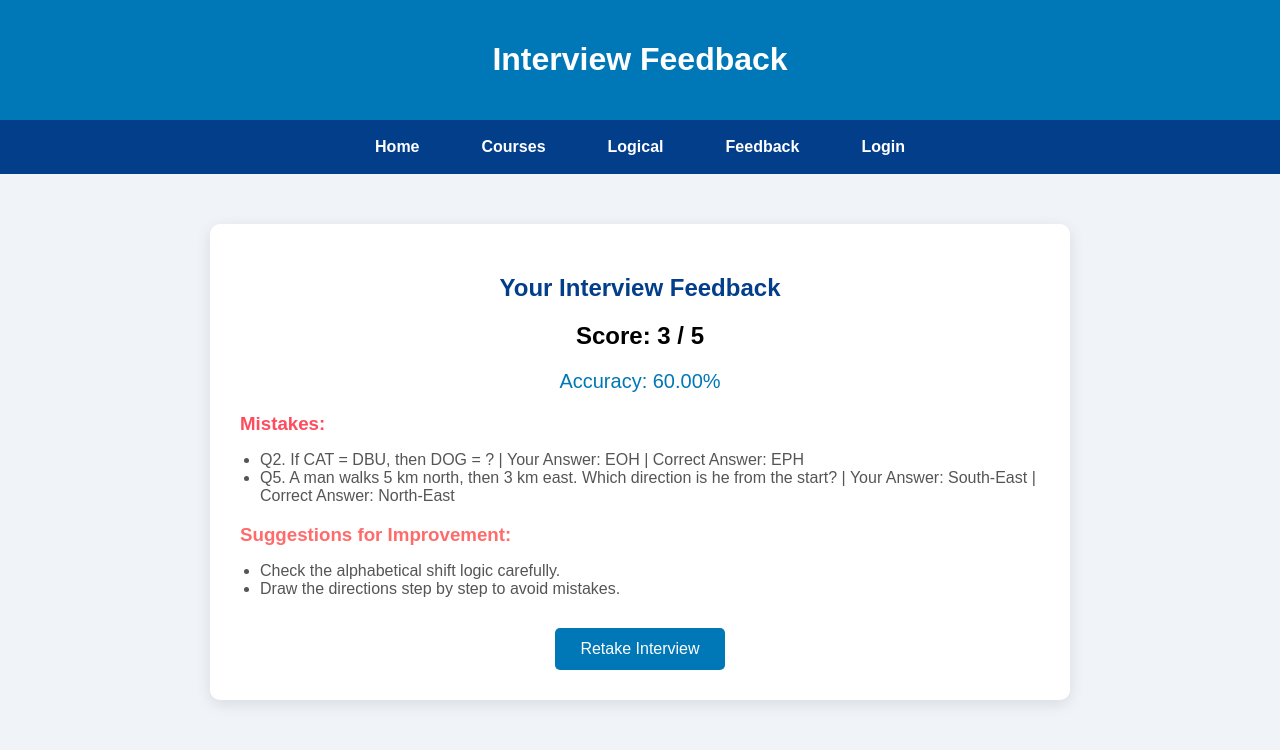
Repository: Mathin04/Online-Interview-Platform-
Page: urls/feedback.html
These files come from the project's save history. The page is drawn as it stood at one moment and after the next save; the edit follows.
The browser window is 1280 px wide. The pictures show the whole page.

Above is the page before, as saved 2025-10-08 14:03:54.

After the next save:
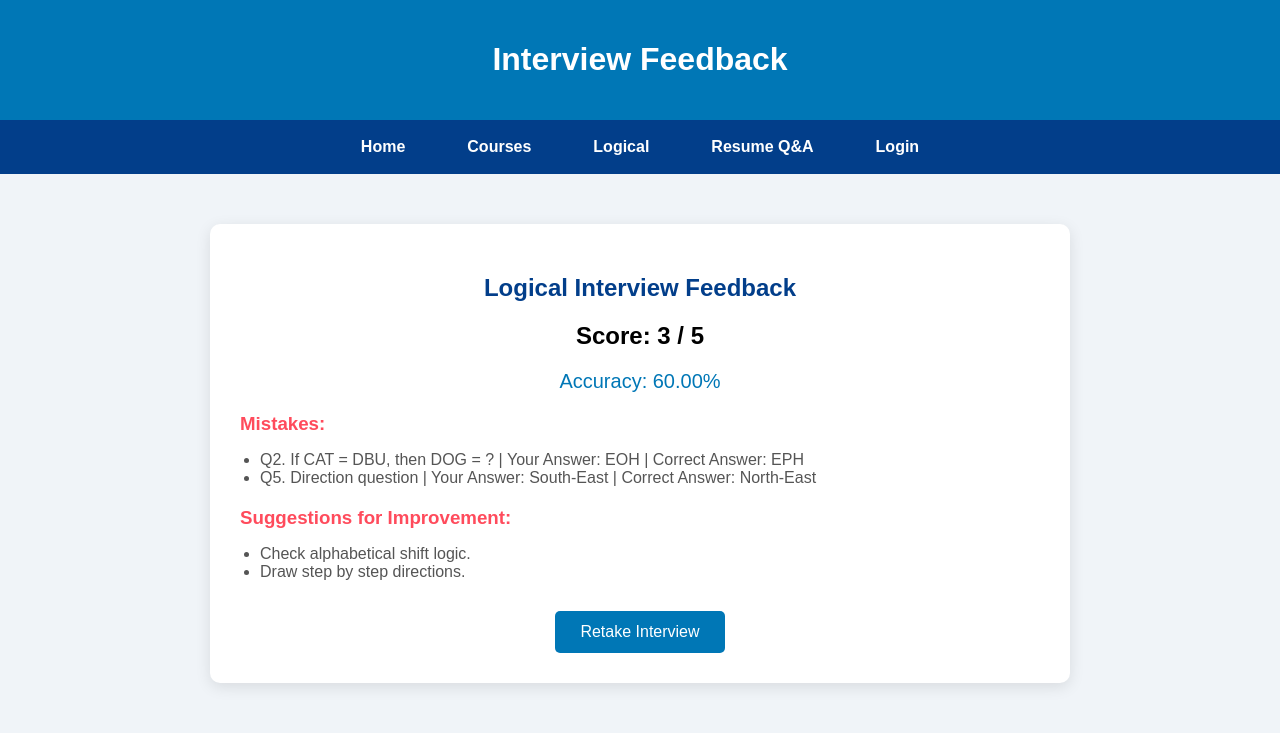
Saved 3 min 0 s later.
--- a/urls/feedback.html
+++ b/urls/feedback.html
@@ -68,27 +68,16 @@
       color: #0077b6;
     }
 
-    .mistakes {
+    .mistakes, .suggestions {
       margin-top: 20px;
     }
 
-    .mistakes h3 {
+    .mistakes h3, .suggestions h3 {
       margin-bottom: 10px;
       color: #ff4b5c;
     }
 
-    .mistakes ul {
-      list-style: disc;
-      padding-left: 20px;
-      color: #555;
-    }
-
-    .suggestions h3 {
-      margin-bottom: 10px;
-      color: #ff6b6b;
-    }
-
-    .suggestions ul {
+    .mistakes ul, .suggestions ul {
       list-style: disc;
       padding-left: 20px;
       color: #555;
@@ -122,12 +111,12 @@
   <a href="../index.html">Home</a>
   <a href="courses.html">Courses</a>
   <a href="logical.html">Logical</a>
-  <a href="feedback.html">Feedback</a>
+  <a href="resume.html">Resume Q&A</a>
   <a href="login.html">Login</a>
 </nav>
 
 <div class="feedback-container" id="feedback">
-  <h2>Your Interview Feedback</h2>
+  <h2 id="interviewTypeTitle">Your Interview Feedback</h2>
 
   <div class="score" id="score">Score: 0 / 0</div>
   <div class="percentage" id="percentage">Accuracy: 0%</div>
@@ -142,61 +131,76 @@
     <ul></ul>
   </div>
 
-  <button onclick="restartInterview()">Retake Interview</button>
+  <button id="retakeBtn">Retake Interview</button>
 </div>
 
 <script>
-  // Example interview result data
-  const interviewData = {
-    totalQuestions: 5,
-    correctAnswers: 3,
-    wrongAnswers: [
-      {
-        question: "Q2. If CAT = DBU, then DOG = ?",
-        yourAnswer: "EOH",
-        correctAnswer: "EPH",
-        suggestion: "Check the alphabetical shift logic carefully."
-      },
-      {
-        question: "Q5. A man walks 5 km north, then 3 km east. Which direction is he from the start?",
-        yourAnswer: "South-East",
-        correctAnswer: "North-East",
-        suggestion: "Draw the directions step by step to avoid mistakes."
-      }
-    ]
+  // Sample interview data for demonstration
+  const interviews = {
+    logical: {
+      totalQuestions: 5,
+      correctAnswers: 3,
+      wrongAnswers: [
+        { question: "Q2. If CAT = DBU, then DOG = ?", yourAnswer: "EOH", correctAnswer: "EPH", suggestion: "Check alphabetical shift logic." },
+        { question: "Q5. Direction question", yourAnswer: "South-East", correctAnswer: "North-East", suggestion: "Draw step by step directions." }
+      ]
+    },
+    resume: {
+      totalQuestions: 4,
+      correctAnswers: 2,
+      wrongAnswers: [
+        { question: "Resume Q1", yourAnswer: "Incorrect format", correctAnswer: "Proper format", suggestion: "Use bullet points and correct tense." },
+        { question: "Resume Q2", yourAnswer: "Missed skill", correctAnswer: "Include skill", suggestion: "Always list relevant skills." }
+      ]
+    },
+    courses: {
+      totalQuestions: 3,
+      correctAnswers: 2,
+      wrongAnswers: [
+        { question: "Course Q1", yourAnswer: "Wrong concept", correctAnswer: "Correct concept", suggestion: "Review basics again." }
+      ]
+    }
   };
 
-  // Function to display feedback dynamically
-  function displayFeedback(data) {
-    const scoreElem = document.getElementById("score");
-    const percentageElem = document.getElementById("percentage");
-    const mistakesList = document.getElementById("mistakes").querySelector("ul");
-    const suggestionsList = document.getElementById("suggestions").querySelector("ul");
-
-    const score = data.correctAnswers;
-    const total = data.totalQuestions;
-    const accuracy = ((score / total) * 100).toFixed(2);
-
-    scoreElem.textContent = `Score: ${score} / ${total}`;
-    percentageElem.textContent = `Accuracy: ${accuracy}%`;
-
-    data.wrongAnswers.forEach(item => {
-      const liMistake = document.createElement("li");
-      liMistake.textContent = `${item.question} | Your Answer: ${item.yourAnswer} | Correct Answer: ${item.correctAnswer}`;
-      mistakesList.appendChild(liMistake);
-
-      const liSuggestion = document.createElement("li");
-      liSuggestion.textContent = `${item.suggestion}`;
-      suggestionsList.appendChild(liSuggestion);
-    });
-  }
-
-  displayFeedback(interviewData);
-
-  function restartInterview() {
-    // Redirect to interview start page
-    window.location.href = "interview.html";
-  }
+  // Get interview type from URL ?type=logical/resume/courses
+  const urlParams = new URLSearchParams(window.location.search);
+  const interviewType = urlParams.get('type') || 'logical'; // default to logical
+
+  // Set title dynamically
+  document.getElementById("interviewTypeTitle").textContent = `${interviewType.charAt(0).toUpperCase() + interviewType.slice(1)} Interview Feedback`;
+
+  // Get relevant data
+  const data = interviews[interviewType];
+
+  // Display feedback
+  const scoreElem = document.getElementById("score");
+  const percentageElem = document.getElementById("percentage");
+  const mistakesList = document.getElementById("mistakes").querySelector("ul");
+  const suggestionsList = document.getElementById("suggestions").querySelector("ul");
+
+  const score = data.correctAnswers;
+  const total = data.totalQuestions;
+  const accuracy = ((score / total) * 100).toFixed(2);
+
+  scoreElem.textContent = `Score: ${score} / ${total}`;
+  percentageElem.textContent = `Accuracy: ${accuracy}%`;
+
+  data.wrongAnswers.forEach(item => {
+    const liMistake = document.createElement("li");
+    liMistake.textContent = `${item.question} | Your Answer: ${item.yourAnswer} | Correct Answer: ${item.correctAnswer}`;
+    mistakesList.appendChild(liMistake);
+
+    const liSuggestion = document.createElement("li");
+    liSuggestion.textContent = item.suggestion;
+    suggestionsList.appendChild(liSuggestion);
+  });
+
+  // Retake button redirects to the same interview
+  document.getElementById("retakeBtn").onclick = () => {
+    if (interviewType === 'logical') window.location.href = "logical.html";
+    else if (interviewType === 'resume') window.location.href = "resume.html";
+    else if (interviewType === 'courses') window.location.href = "courses.html";
+  };
 </script>
 
 </body>
